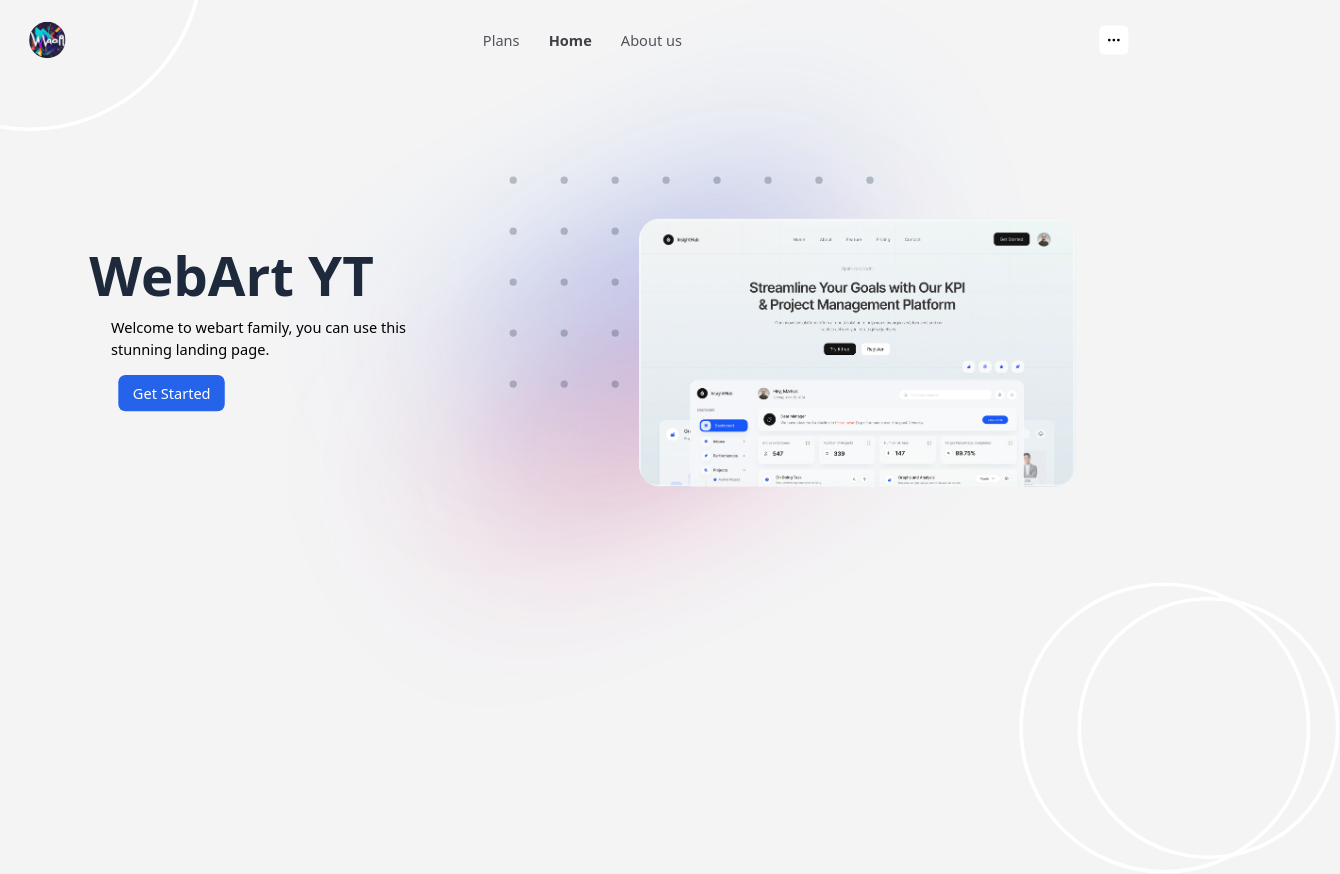
Repository: 30namp/youtube-web-art-code
Page: stunning landing page 1/index.html
The author's editor kept a copy of each file at every save. The page is drawn from the files as they stood at one save, then again after the next save.
The browser window is 1280 px wide. The page is 1472 px wide, so the pictures cover 1472 px, including what lies to the right of the window. The pictures show the whole page, at 91% of full size.

Above is the page before, as saved 2024-09-26 21:33:59.

After the next save:
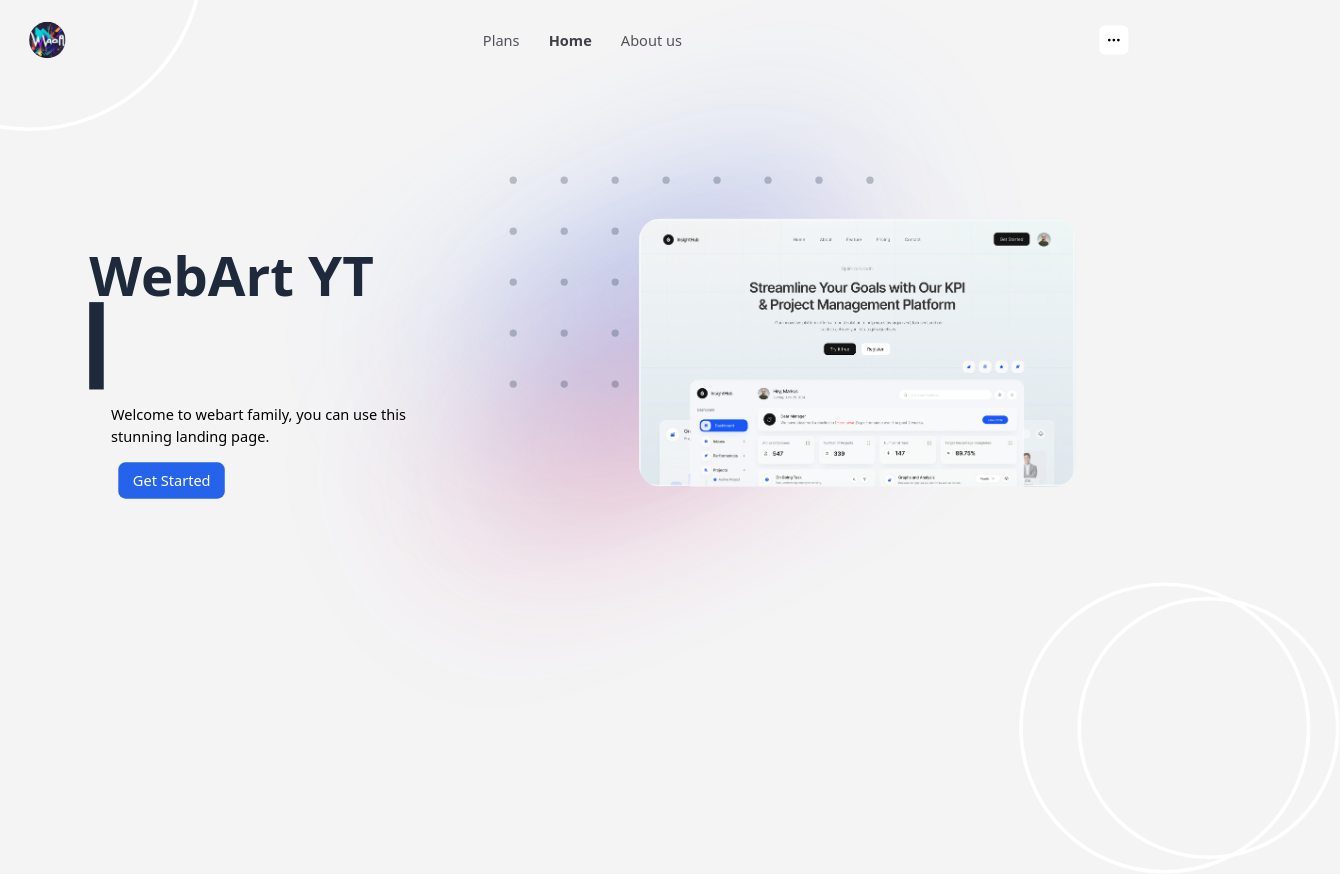
Saved 7 s later.
--- a/stunning landing page 1/index.html
+++ b/stunning landing page 1/index.html
@@ -103,7 +103,7 @@
       <div class="content flex flex-col items-start gap-4 pt-8">
         <div class="text-6xl font-bold text-slate-800">
           <h1>WebArt YT</h1>
-          <span class="h-24 w-4 bg-slate-800"></span>
+          <div class="h-24 w-4 bg-slate-800"></div>
         </div>
         <p class="description w-96 ml-6">
           Welcome to webart family, you can use this stunning landing page.
